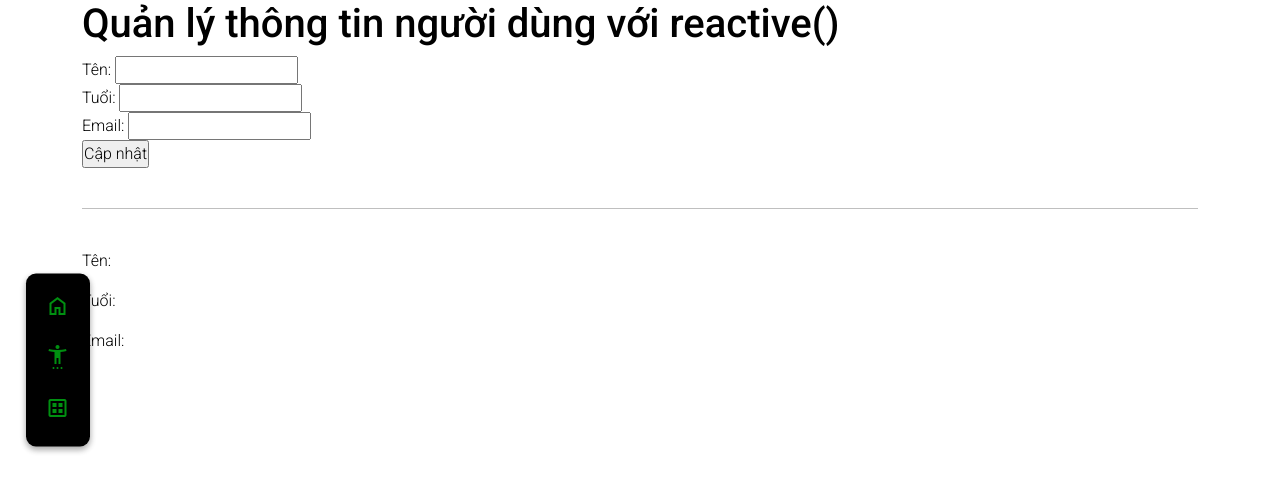
Repository: tuankiet10920/homeworkFEF
Page: /about
An editor plug-in stored every save of this project. The page is shown before and after the next save, followed by the edit.
The browser window is 1280 px wide. The pictures show the whole page.
The project was rebuilt for these pictures with package versions that can differ from the ones it lists, and the page was loaded fresh each time. Also part of the build but not shown: vite.config.js, src/components/HelloWorld.vue, src/views/HomeView.vue.

Above is the page before, as saved 2024-10-22 22:49:39.

After the next save:
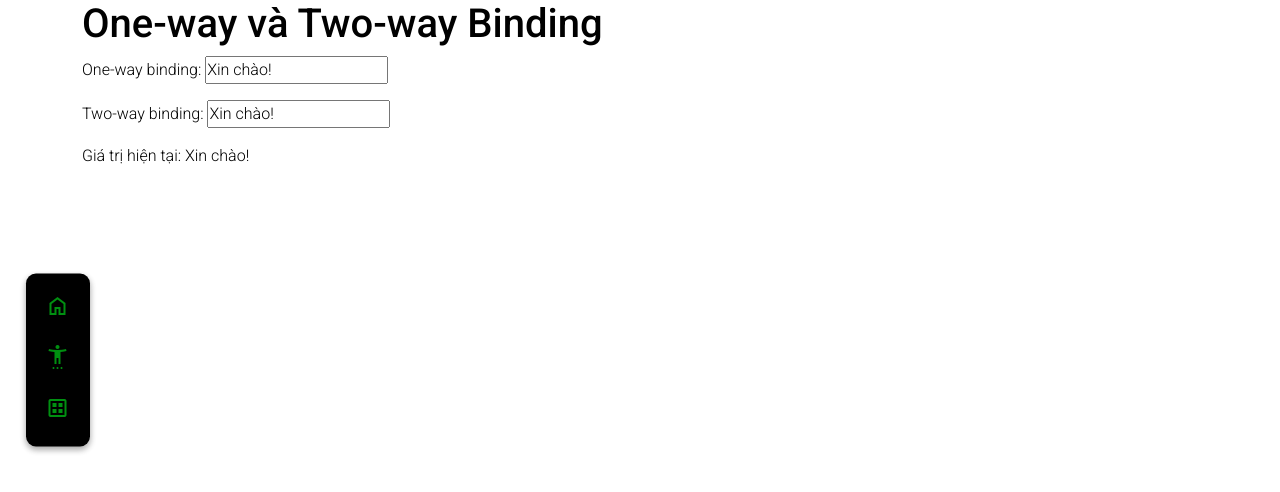
Saved 34 s later.
--- a/src/views/AboutView.vue
+++ b/src/views/AboutView.vue
@@ -1,8 +1,8 @@
 <script setup>
-import Bai2 from '../Labs/Lab2/Bai2.vue'
+import Bai3 from '../Labs/Lab2/Bai3.vue'
 </script>
 <template>
-  <Bai2 />
+  <Bai3 />
 </template>
 
 <style></style>
